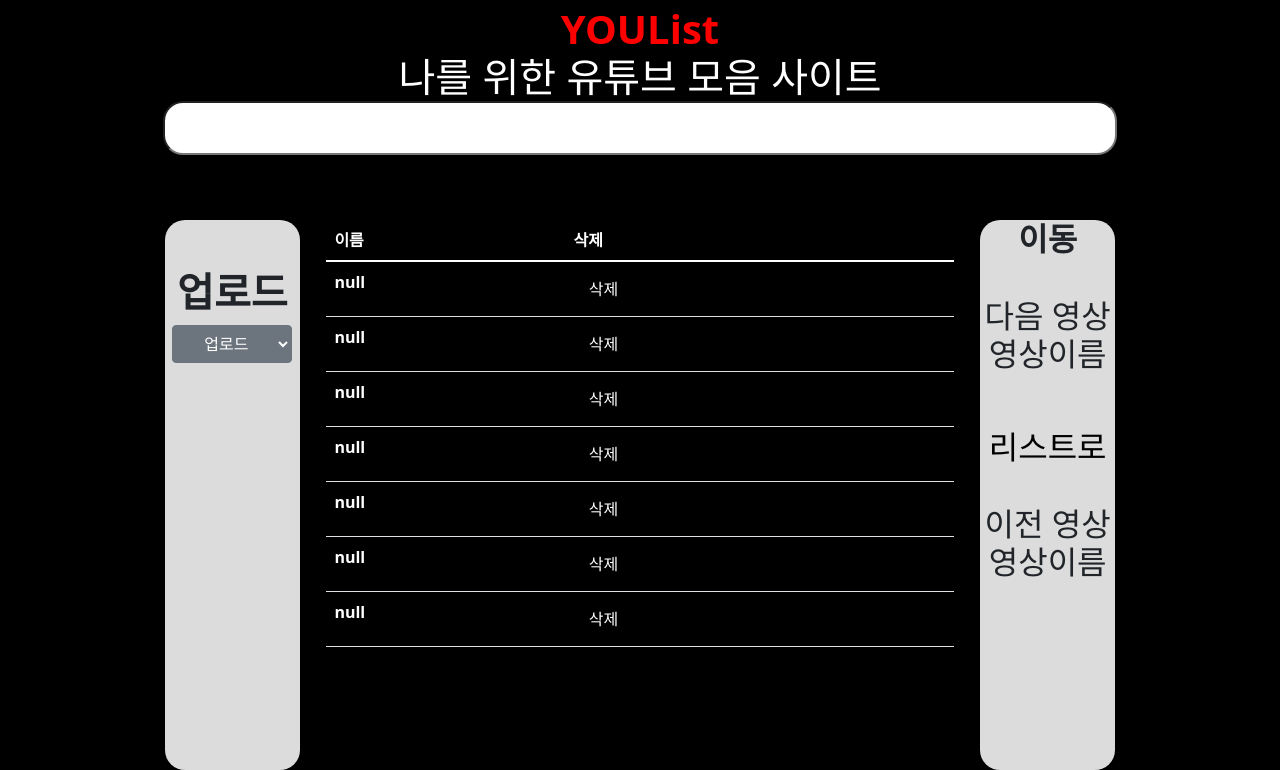
Repository: sojihwan/YouList
Page: / (app in youlist/)
These files come from the project's save history. The page is drawn as it stood at one moment and after the next save; the edit follows.
The browser window is 1280 px wide. The pictures show the whole page.
The project was rebuilt for these pictures with package versions that can differ from the ones it lists, and the page was loaded fresh each time. Also part of the build but not shown: youlist/src/App.css, youlist/src/Body/View.js, youlist/src/Body/Uplode.js.

Above is the page before, as saved 2022-05-17 13:19:14.

After the next save:
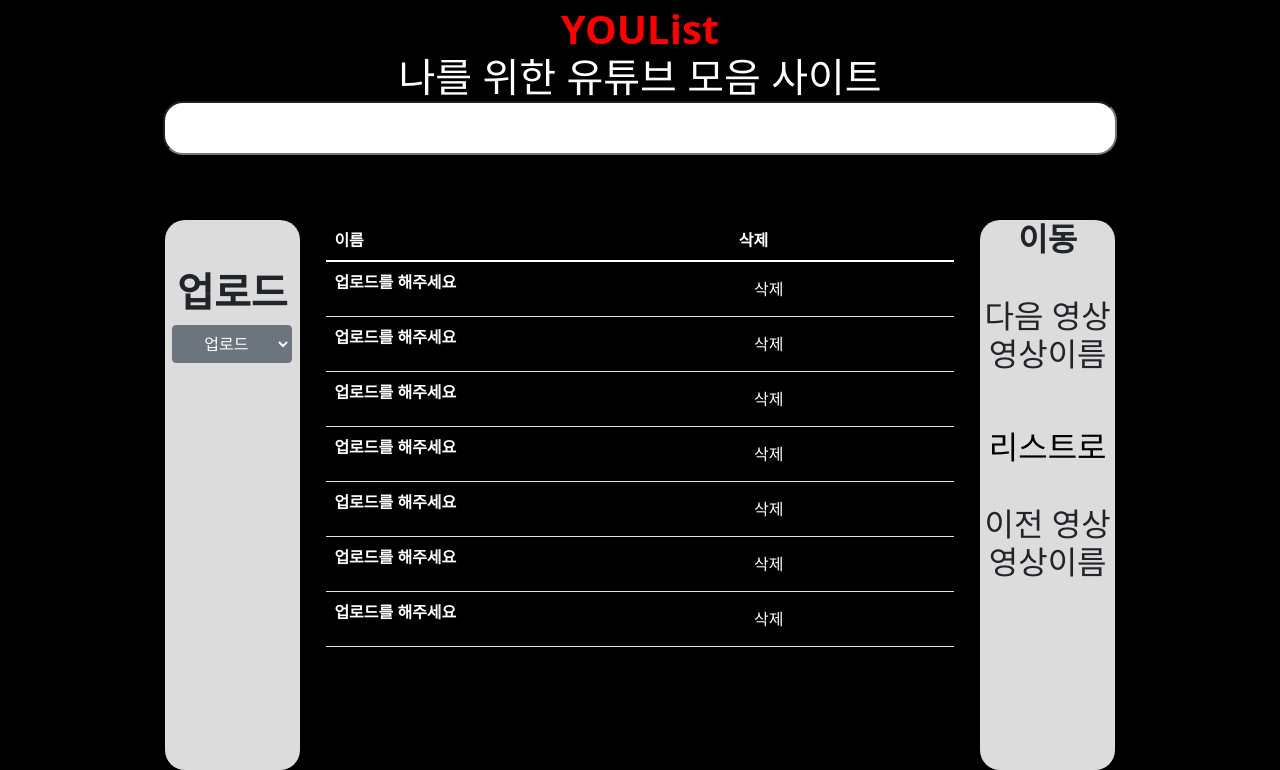
Saved 6 min 15 s later.
--- a/youlist/src/Body/Body.js
+++ b/youlist/src/Body/Body.js
@@ -44,7 +44,7 @@ function Body(props) {
                   <td>
                     <Link to="/View" className="Link">
                       <b onClick={() =>{if(item != null){props.setValue(item.like)}}}>
-                       {item===null ? 'null' : item.title }
+                       {item===null ? '업로드를 해주세요' : item.title }
                       </b>
                     </Link>
                   </td>
